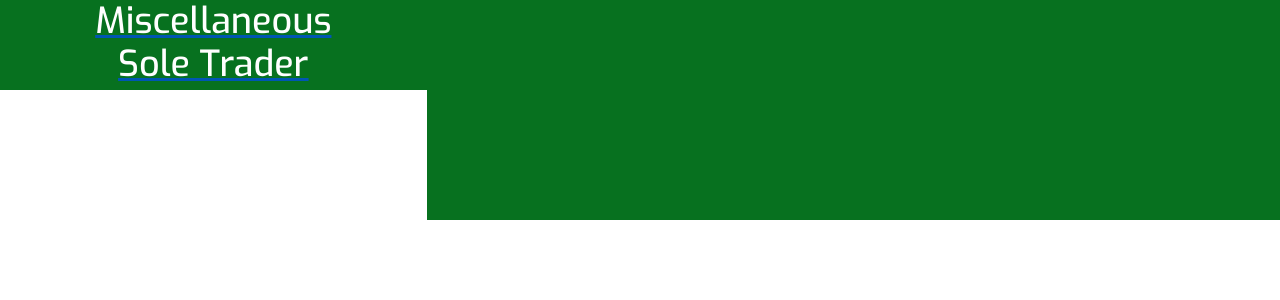
Repository: Code-Institute-Submissions/MilestoneProjectMST
Page: index.html
The author's editor kept a record of every edit. The page is drawn from the files as they stood at one moment, then again after the next edit.
The browser window is 1280 px wide. The pictures show the whole page.
Some web libraries are served in a nearby version.

Above is the page before.

### index.html
<!DOCTYPE html>
<html lang="en">
<head>
    <meta charset="UTF-8">
    <meta name="viewport" content="width=device-width, initial-scale=1.0">
    <meta http-equiv="X-UA-Compatible" content="ie=edge">
    <link rel="stylesheet" href="support/style.css" type="text/css" />
    <link rel="stylesheet" href="https://stackpath.bootstrapcdn.com/bootstrap/4.3.1/css/bootstrap.min.css" type="text/css" />
    <!--<script src="https://kit.fontawesome.com/011e87d520.js"></script>-->
    <script src="https://use.fontawesome.com/cbda1b7ded.js"></script>
    <link rel="stylesheet" href="https://cdnjs.cloudflare.com/ajax/libs/hover.css/2.3.1/css/hover-min.css" type="text/css" />
    <title>MiscSoleTrader</title>
</head>
<body>
    <header>
        <div class="row no-gutters">
            <a href="index.html" class="col-md-4">
                <h1 class="hdr-title-color">Miscellaneous<br> Sole Trader</h1>
            </a>
            <div class="col-md-8">
                <ul id="nav" class="hdr-option-bgcolor list-inline">
                    <li class="list-inline-item col-6 col-md-4 optionitem">
                        <a href="#" class="hdr-option-color"><span>Product</span></a>
                    </li>
                    <li class="list-inline-item col-6 col-sm-4 optionitem">
                        <a href="#" class="hdr-option-color">About Us</a>
                    </li>
                    <li class="list-inline-item col-6 col-sm-4 optionitem">
                        <a href="#" class="hdr-option-color">Contact Us</a>
                    </li>
                </ul>
            </div>
        </div>
    </header>
    <section>

    </section>
    <footer>

    </footer>
</body>
</html>

### support/style.css
@import url('https://fonts.googleapis.com/css?family=Roboto:100,200,300,400,500,600,700|Exo:100,200,300,400,500,600,700|Abel:100,200,300,400,500,600,700');

/*--------------------------------------------------------------------------Header--*/

/*----------------------------------------------------Logo--*/
.logo {
    background: url("../images/mstgreen.jpg");
    background-position: center;
    background-repeat: no-repeat;
    background-size: cover;
    min-height: 180px;
    transition: all .5s ease-in-out;
    -moz-transition: all .5s ease-in-out;
    -webkit-transition: all .5s ease-in-out;
    -o-transition: all .5s ease-in-out;
}

/*--------------------------------------------------Title--*/

.hdr-title-color {
    font-family: "Exo",sans-serif;
    font-size: 36px;
    color: #fff;
    background-color: #07711f;
    text-align:center;
    width: 100%;
    min-height: 90px;
}

.hdr-option-color {
    color: #fff;
}

.hdr-option-bgcolor {
    background-color: #07711f;
    text-align: center;
    font-size: 0;
}

.optionitem {
    min-height: 90px;
    padding 0;
    margin-top: 20px;
}

After the next edit:
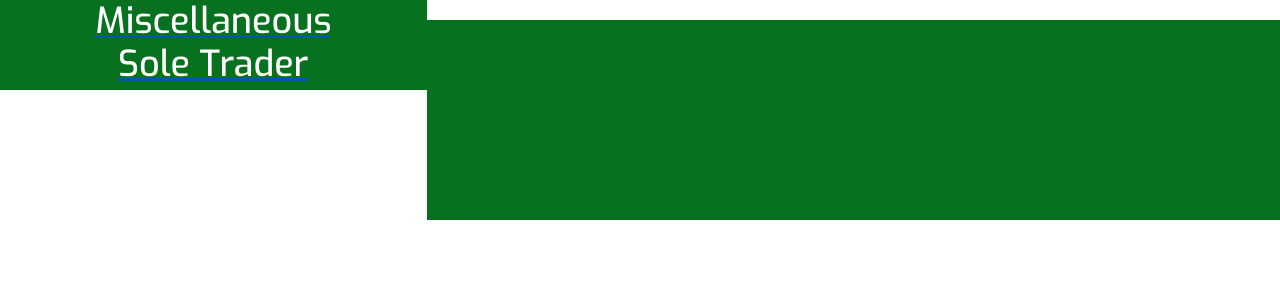
The edit:
--- a/index.html
+++ b/index.html
@@ -19,7 +19,7 @@
             </a>
             <div class="col-md-8">
                 <ul id="nav" class="hdr-option-bgcolor list-inline">
-                    <li class="list-inline-item col-6 col-md-4 optionitem">
+                    <li class="col-6 col-sm-4 optionitem">
                         <a href="#" class="hdr-option-color"><span>Product</span></a>
                     </li>
                     <li class="list-inline-item col-6 col-sm-4 optionitem">

After the 2 edits that followed:
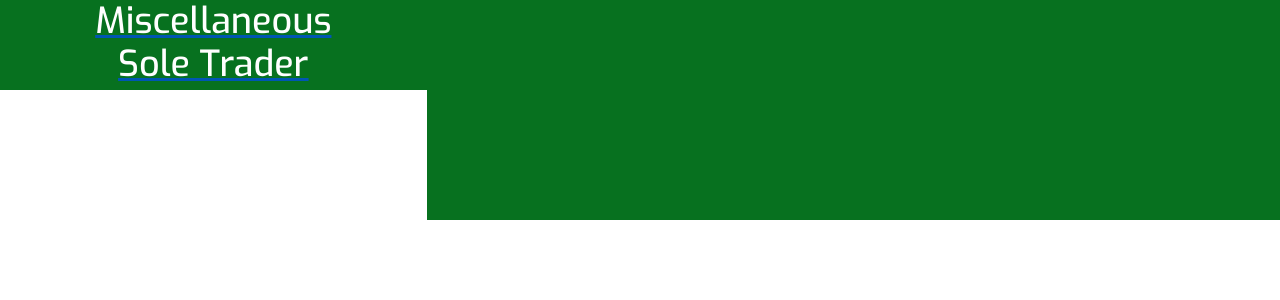
The 2 edits are shown as one change because 1 left the picture as it was.
The edit:
--- a/index.html
+++ b/index.html
@@ -19,10 +19,10 @@
             </a>
             <div class="col-md-8">
                 <ul id="nav" class="hdr-option-bgcolor list-inline">
-                    <li class="col-6 col-sm-4 optionitem">
+                    <li class="col-6 col-sm-4 list-inline-item optionitem">
                         <a href="#" class="hdr-option-color"><span>Product</span></a>
                     </li>
-                    <li class="list-inline-item col-6 col-sm-4 optionitem">
+                    <li class="col-6 col-sm-4 list-inline-item optionitem">
                         <a href="#" class="hdr-option-color">About Us</a>
                     </li>
                     <li class="list-inline-item col-6 col-sm-4 optionitem">
